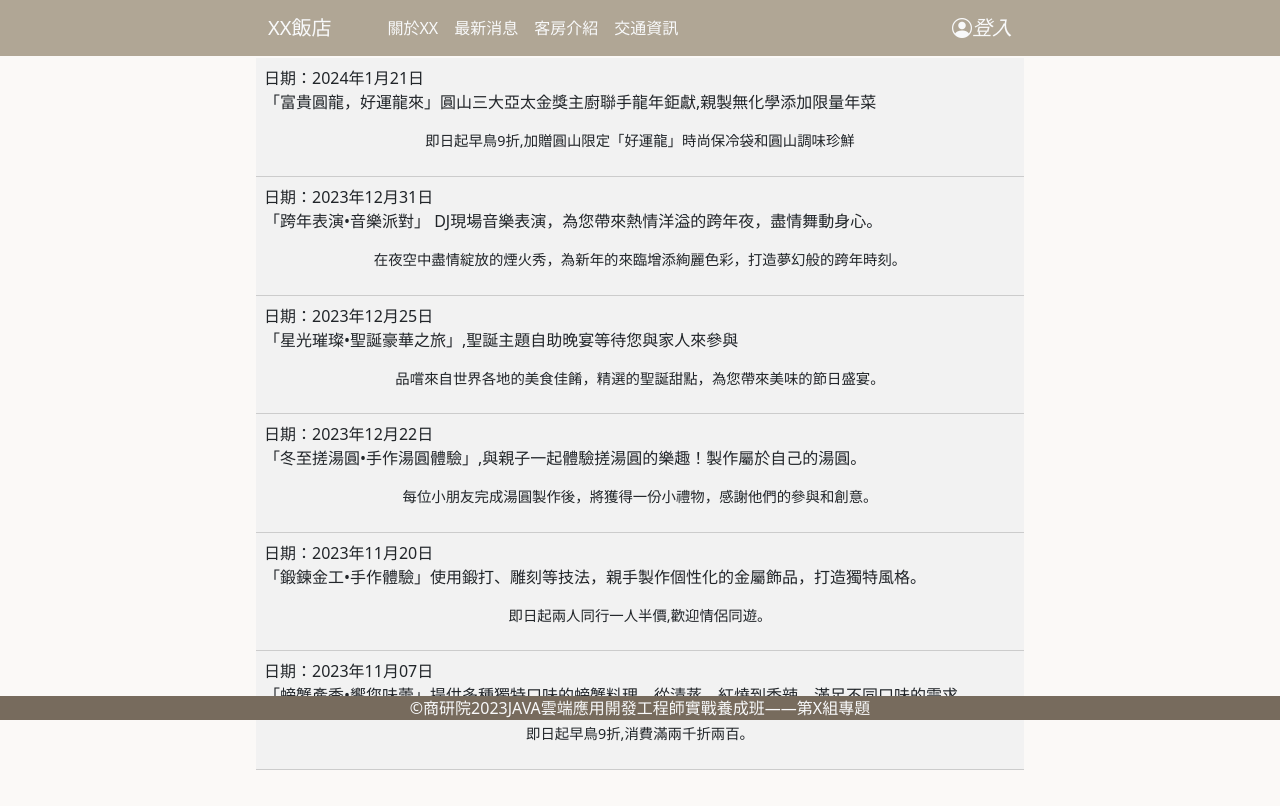
Repository: starcool0505/JavaProject-Hotel
Page: http://localhost/Hotel/page2.jsp
The author's editor kept a copy of each file at every save. The page is drawn from the files as they stood at one save, then again after the next save.
The browser window is 1280 px wide. The pictures show the whole page.
The page is served by Tomcat 9. Nobody is signed in. The application's start-up code is not run.

Above is the page before, as saved 2023-12-21 04:03:01.

After the next save:
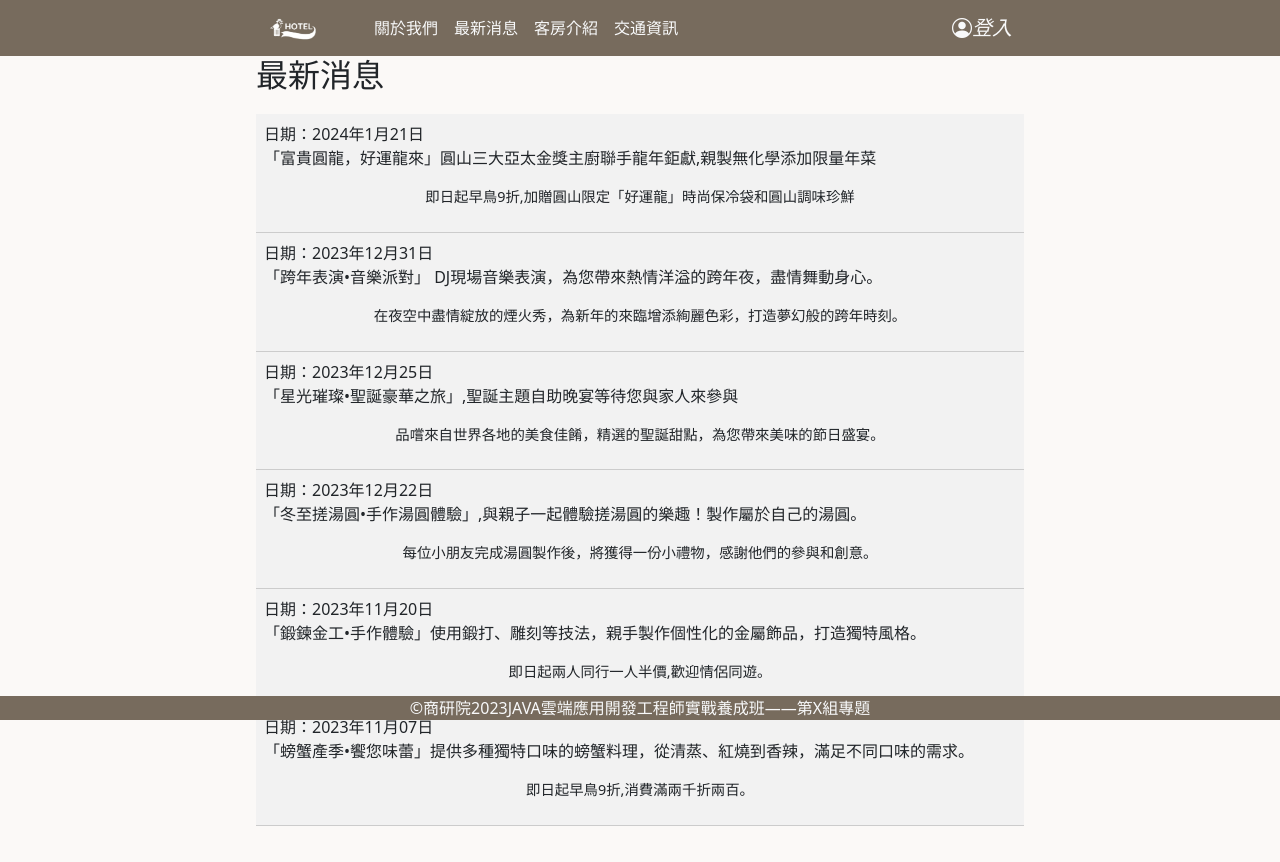
Saved 3 min 31 s later.
--- a/Hotel/src/main/webapp/WEB-INF/views/header.jsp
+++ b/Hotel/src/main/webapp/WEB-INF/views/header.jsp
@@ -4,27 +4,36 @@
 <html>
 	<head>
 		<meta charset="UTF-8">
-		<title>XX飯店</title>
+		<title>xx飯店</title>
 		<link href="https://cdn.jsdelivr.net/npm/bootstrap@5.0.0/dist/css/bootstrap.min.css" rel="stylesheet">
 		<link rel="stylesheet" href="https://cdn.jsdelivr.net/npm/bootstrap-icons@1.11.1/font/bootstrap-icons.css">
 		<link rel="stylesheet" href="./css/main_color.css">
 		<script src="https://cdn.jsdelivr.net/npm/bootstrap@5.0.0/dist/js/bootstrap.bundle.min.js"></script>
 		<script src="https://cdn.jsdelivr.net/npm/jquery@3.7.1/dist/jquery.min.js"></script>
+		<link rel="icon" type=image/png href="images/logopng.png">
+	<style type="text/css">
+	.logo-img{
+	 width: 50px;
+	 height: auto;
+
+	}
+
+	</style>
+
 	</head>
 
 	<body>
-		<nav class="navbar navbar-expand-lg bg_main3 fixed-top">
+		<nav class="navbar navbar-expand-lg bg_main4 ">
 			<div class="container-fluid" style="margin: 0 20%">
-				<a class="navbar-brand text-light me-0" href="./index.jsp">XX飯店</a>
+			<button class="navbar-brand text-light me-0" onclick="window.location.href='./index.jsp'" style="background: none; border: none; padding: 0; cursor: pointer;">
+        <img src="images/logo7.jpg" alt="XX飯店圖片" class="logo-img">
+    </button>
 
-				<button class="navbar-toggler" type="button" data-bs-toggle="collapse" data-bs-target="#navbarSupportedContent" aria-controls="navbarSupportedContent" aria-expanded="false" aria-label="Toggle navigation">
-					<span class="navbar-toggler-icon"></span>
-				</button>
 
 				<div class="collapse navbar-collapse" id="navbarSupportedContent">
 					<ul class="navbar-nav me-auto mb-2 mb-lg-0">
 						<li class="nav-item">
-							<a class="nav-link text-light ms-5" href="./page1.jsp">關於XX</a>
+							<a class="nav-link text-light ms-5" href="./page1.jsp">關於我們</a>
 						</li>
 						<li class="nav-item">
 							<a class="nav-link text-light" href="./page2.jsp">最新消息</a>
